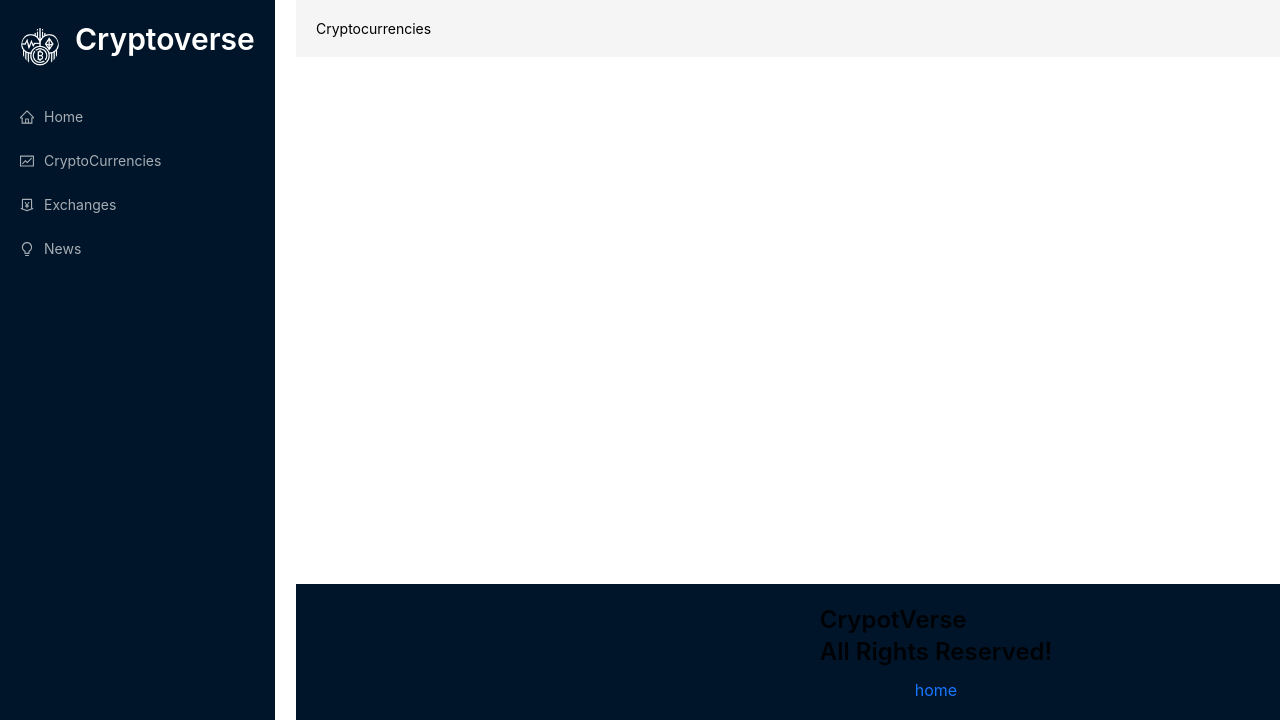
Repository: EyanIngles/CryptoWatcher
Page: /cryptocurrencies
These files come from the project's save history. The page is drawn as it stood at one moment and after the next save; the edit follows.
The browser window is 1280 px wide. The pictures show the whole page.
The project was rebuilt for these pictures with package versions that can differ from the ones it lists, and the page was loaded fresh each time. Also part of the build but not shown: src/components/CryptoDetails.jsx, src/components/Exchanges.jsx, src/components/News.jsx.

Above is the page before, as saved 2024-05-01 10:16:13.

### public/index.html
<!DOCTYPE html>
<html lang="en">
  <head>
    <meta charset="utf-8" />
    <link rel="icon" href="%PUBLIC_URL%/favicon.ico" />
    <meta name="viewport" content="width=device-width, initial-scale=1" />
    <meta name="theme-color" content="#000000" />
    <meta
      name="description"
      content="Web site created using create-react-app"
    />
    <link rel="apple-touch-icon" href="%PUBLIC_URL%/logo192.png" />
    <link rel="manifest" href="%PUBLIC_URL%/manifest.json" />
    <title>CryptoVerse</title>
  </head>
  <body>
    <noscript>You need to enable JavaScript to run this app.</noscript>
    <div id="root"></div>
  </body>
</html>

### src/index.js
import React from 'react';
import ReactDOM from 'react-dom/client';
import { BrowserRouter as Router } from 'react-router-dom';
import './index.css';
//import 'antd/dist/antd.css';
import App from './App';
import reportWebVitals from './reportWebVitals';

const root = ReactDOM.createRoot(document.getElementById('root'));
root.render(
  <React.StrictMode>
    <Router><App /></Router>
  </React.StrictMode>
);

// If you want to start measuring performance in your app, pass a function
// to log results (for example: reportWebVitals(console.log))
// or send to an analytics endpoint. Learn more: https://bit.ly/CRA-vitals
reportWebVitals();

### src/App.js
import React from 'react'
import './App.css';
import { Route, Routes, BrowserRouter, Link } from 'react-router-dom';
import { Layout, Typography, Space } from 'antd';


import { Navbar, Homepage, Exchanges, Cryptocurrencies, CryptoDetails,News } from './components';

const App = () => {
  return (
    <div className='app'>
      <div className='navbar'>
        <Navbar></Navbar>
      </div>
      <div className='main'>
        <Layout>
          <div className='routes'>
              <Routes>
                <Route path="/" element={<Homepage />} />
                <Route path="/cryptocurrencies" element={<Cryptocurrencies />} />
                <Route path="/exchanges" element={<Exchanges />} />
                <Route path="/crypto/:coindId" element={<CryptoDetails />} />
                <Route path="/news" element={<News />} />
              </Routes>
          </div>
        </Layout>
      <div className='footer'>
        <Typography.Title level={3} styles={{ color: "white", textAlign: "center" }}>
          CrypotVerse <br/>
          All Rights Reserved!
        </Typography.Title>
        <Space>
          <Link to="/">home </Link>
        </Space>
      </div>
      </div>
    </div>
  )
}

export default App

### src/App.css

:root{
  --text-primary:#000;
  --bgPrimary:#fff;
 --bgSecondary: #F9F9F9;
 --pink: #0071bd;
 --light-blue: #e6f7ff;
 --border: #d9d9d9;
}

* {
  margin: 0;
  padding: 0;
  box-sizing: border-box;
}

a:hover{
  color: var(--pink) !important;
}

.app{
  display: flex;
  overflow: hidden;
}

.navbar{
  flex: 0.2;
  background-color: rgb(0, 21, 41);
}

.main{
  flex: 0.8;
  width: 100%;

}
.routes{
  padding: 20px;
}
.nav-container{
  position: fixed;
  left: 0;
  margin: 10px;
  height: 100vh;
  margin: 0px;
  background-color: rgb(0, 21, 41);
}

.logo-container{
  background-color: #001529;
  display: flex;
  padding: 20px;
  align-items: center;
  width: 100%;
}
.logo{
  margin:0 0 0 15px;
}
.logo a{
 color: white;
}
.menu-control-container{
  display: none !important;
  position: absolute !important;
  right: 10px !important;
  top: 25px !important;
  font-size: 1.2rem !important;
  background-color: var(--bgSecondary) !important;
  border: none !important;
}

.loader{
  height: 81vh;
  display: flex;
  justify-content: center;
  align-items: center;
}

@media screen and (max-width:1300px){
  .main{
      margin-left: 50px;
  }
}

@media screen and (max-width:1170px){
  .main{
      margin-left: 50px;
  }
}

@media screen and (max-width:1000px){
  .main{
      margin-left: 100px;
  }
}

@media screen and (max-width:800px){
  .app{
      flex-direction: column;
      overflow: hidden;
  }

  .navbar{
      flex: 1;
  }

  .main{
      flex: 1;
      margin-top: 90px;
      margin-left: 0px;
      margin-right: 10px;
  }

  .nav-container{
      height: 8vh;
      position:fixed;
      width: 100%;
      z-index: 100;
      background-color: var(--bgSecondary);
  }

  .menu-control-container{
      display: block !important;
  }

  .ant-menu{
      position: absolute;
      right: 0px;
  }
  .home-title{
      font-size: 1.4rem !important;
  }
  .show-more{
      font-size: 1.3rem !important;
  }
}

.coin-detail-container{
  margin: 30px;
}

.coin-heading-container{
  display: flex;
  justify-content: center;
  align-items: center;
  flex-direction: column;
  border-bottom: 1px solid var(--border);
  padding-top: 20px;
  padding-bottom: 20px;
  gap: 10px;
}

.coin-heading-container .coin-name{
  font-weight: 900;
  color: var(--pink);
}

.coin-heading-container p{
  font-size: 1rem;
  opacity: 0.9;
  margin-bottom: 20px;
}

.stats-container{
  display: flex;
  justify-content: space-between;
  align-items: center;
  gap: 40px;
}

.stats-container h2{
  font-weight: 700;
  font-size: 1.4rem;
  margin-top: 20px;
  color: var(--pink);
}

.coin-details-heading{
  font-weight: 700 !important;
  margin-top: 20px !important;
  color: var(--pink) !important;
}

.coin-stats{
  display: flex;
  justify-content: space-between;
  border-bottom: 1px solid var(--border);
  font-size: 1rem;
  opacity: 0.9;
  padding: 20px;

}

.coin-stats-name{
  display: flex;
  gap: 10px;
  font-size: 1rem;
}

.stats{
  font-weight: 800;
}

.coin-value-statistics-heading p{
  font-size: 1rem;
  opacity: 0.9;
}

.coin-desc-link{
  display: flex;
  gap: 40px;
  margin-top: 40px;
  padding-top: 20px;
}

.coin-desc-link h2{
  font-weight: 700;
  color: var(--pink);
}

.coin-desc-link p{
  font-size: 1rem;
  opacity: 0.9;
}

.coin-desc-link a{
  color: var(--pink);
}

.coin-desc-link h3{
  font-weight: 700;
}

.coin-desc{
  flex: 0.5;
}

.coin-links{
padding: 0px 20px;
  flex: 0.5;
}

.coin-link{
  display: flex;
  justify-content: space-between;
  align-items: center;
  border-bottom: 1px solid var(--border);
  padding: 20px;
}

.link-name{
  text-transform: capitalize;
  font-size: 1rem;
}

.coin-link a{
  color: var(--pink);
  font-weight: 700;
  font-size: 1rem;
}

.coin-link:hover, .coin-stats:hover{
  background-color: var(--bgSecondary);
}

@media screen and (max-width:1000px){
  .stats-container{
      flex-direction: column;
  }
  .coin-desc-link{
      flex-direction: column;
  }
  .stats-container h2{
      margin-top: 0px;
  }
}

@media screen and (max-width: 500px){
  .coin-links{
      padding: 0px;
  }
  .coin-detail-container{
      margin: 0;
  }
}
@media screen and (max-width: 500px){
  .heading{
      margin-top: 20px;
  }
}

.select-news{
  width: 180px;
}
.news-card{
  min-height: 300px !important;
}
.news-image-container{
  display: flex !important;
  justify-content: space-between !important;
}
.news-title{
width: 70%;
}

.news-image-container .img{
  width:100px;
  height:100px;
}
.news-card p{
  color: black;
  margin: 10px 0px !important;
}
.provider-container{
  display: flex;
  justify-content: space-between;
}
.provider-name{
  margin-left: 10px;
}

.chart-header{
  display: flex;
  justify-content: space-between;
  gap: 50px;
  color: #0071bd;
}
.chart-title{
  color: #0071bd !important;
}
.price-container{
  display: flex !important;
  gap: 20px !important;
  align-items: center !important;
  flex-wrap: wrap !important;
}
.price-change{
  font-weight: 900 !important;
}
.current-price{
  margin-top: 0px !important;
  font-weight: 900 !important;
}
.home-heading-container{
  display: flex;
  justify-content: space-between;
  align-items: center;
  margin-top: 40px;
}
.show-more{
  margin-top: 0px !important;
}
.exchange-image{
  margin: 0px 10px !important;
}
.search-crypto{
  margin: 20px auto 30px auto;
  width: 250px;
}
.crypto-card-container{
  min-height: 65vh !important;
}
.crypto-card{
  min-width: 250px;
}
.crypto-card .crypto-image{
  width:35px;
}
.select-timeperiod{
  width: 200px !important;
  margin-top: 20px !important;
}

.footer {
  background-color: #001529;
  display: flex;
  flex-direction: column;
  padding: 20px;
  align-items: center;
  position: fixed;
  bottom: 0;
  width: 100%;
}

### src/components/Navbar.jsx
import React from 'react'
import { Button, Menu, Typography, Avatar} from 'antd'
import { Link } from 'react-router-dom'
import { HomeOutlined, MoneyCollectOutlined, BulbOutlined, FundOutlined, MenuOutlined} from '@ant-design/icons'


import icon from '../images/cryptocurrency.png';
const Navbar = () => {
  return (
    <div className='nav-container'>
        <div className='logo-container'>
            <Avatar src={icon} size="large" />
            <Typography.Title level={2} className='logo'>
                <Link to='/'>Cryptoverse</Link>
            </Typography.Title>
        </div>
        <Menu theme='dark'>
          <Menu.Item icon={<HomeOutlined />}>
            <Link to="/">Home</Link>
          </Menu.Item>
          <Menu.Item icon={<FundOutlined />}>
            <Link to="/cryptocurrencies">CryptoCurrencies</Link>
          </Menu.Item>
          <Menu.Item icon={<MoneyCollectOutlined />}>
            <Link to="/exchanges">Exchanges</Link>
          </Menu.Item>
          <Menu.Item icon={<BulbOutlined />}>
            <Link to="/news">News</Link>
          </Menu.Item>
        </Menu>
    </div>
  )
}

export default Navbar

Loaded but not shown: src/index.css (common file); src/reportWebVitals.js (common file); src/components/index.js (common file); src/components/Cryptocurrencies.jsx (common file); src/components/Homepage.jsx (no stored copy; drawn as an empty file)

After the next save:
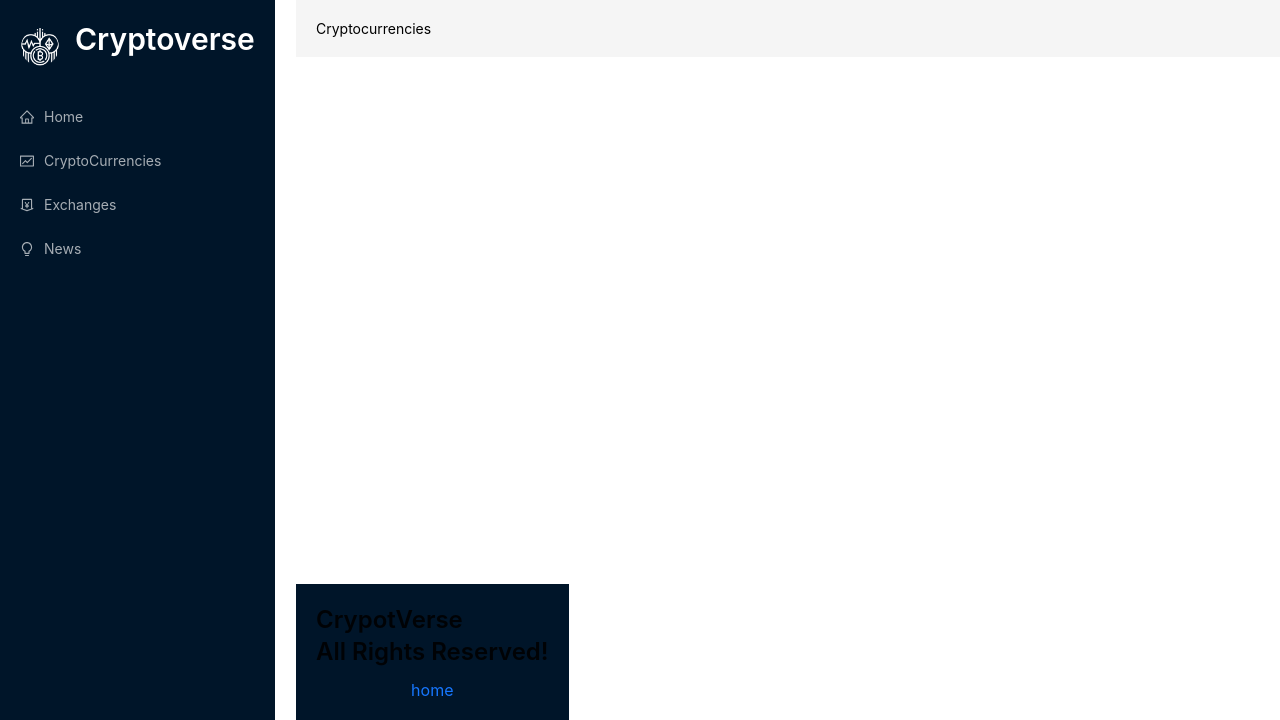
Saved 11 s later.
--- a/src/App.css
+++ b/src/App.css
@@ -378,5 +378,4 @@ width: 70%;
   align-items: center;
   position: fixed;
   bottom: 0;
-  width: 100%;
-}
+}
